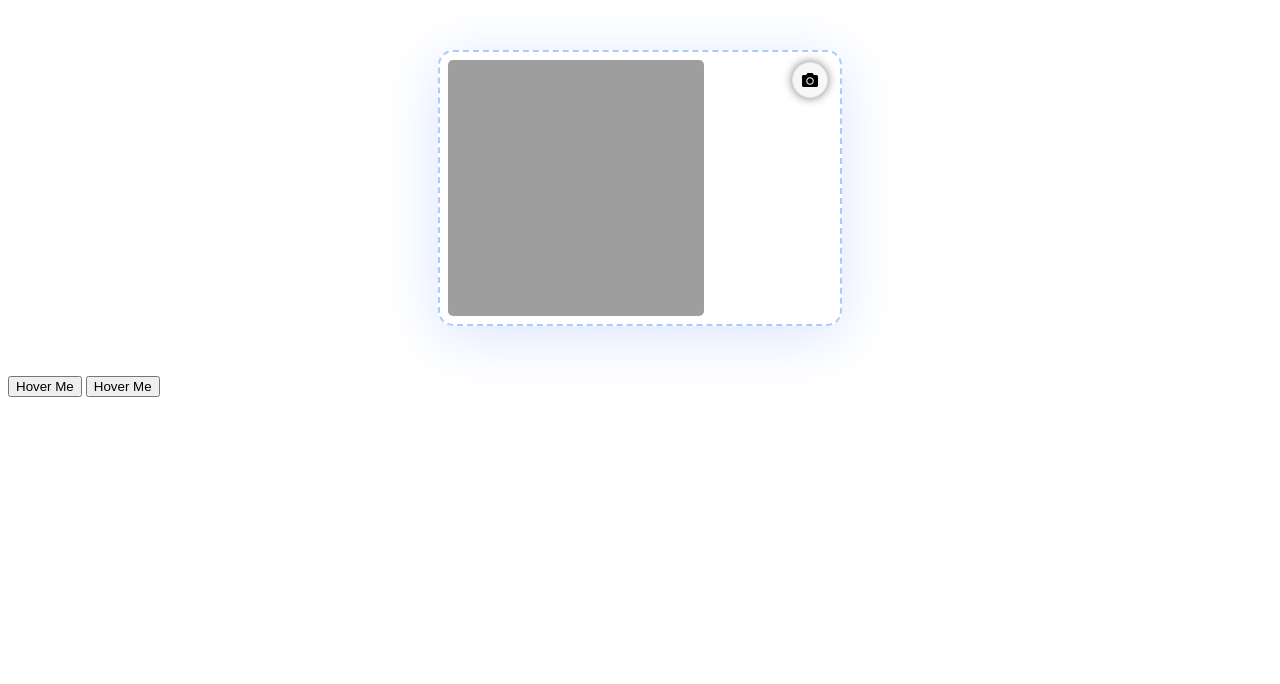
Repository: ThuongDuy/Phan_loai_anh
Page: hcsdlpt/index.html
The author's editor kept a copy of each file at every save. The page is drawn from the files as they stood at one save, then again after the next save.
The browser window is 1280 px wide. The pictures show the whole page.
Pictures or frames that could not be fetched are drawn as grey boxes.

Above is the page before, as saved 2023-06-02 00:27:09.

After the next save:
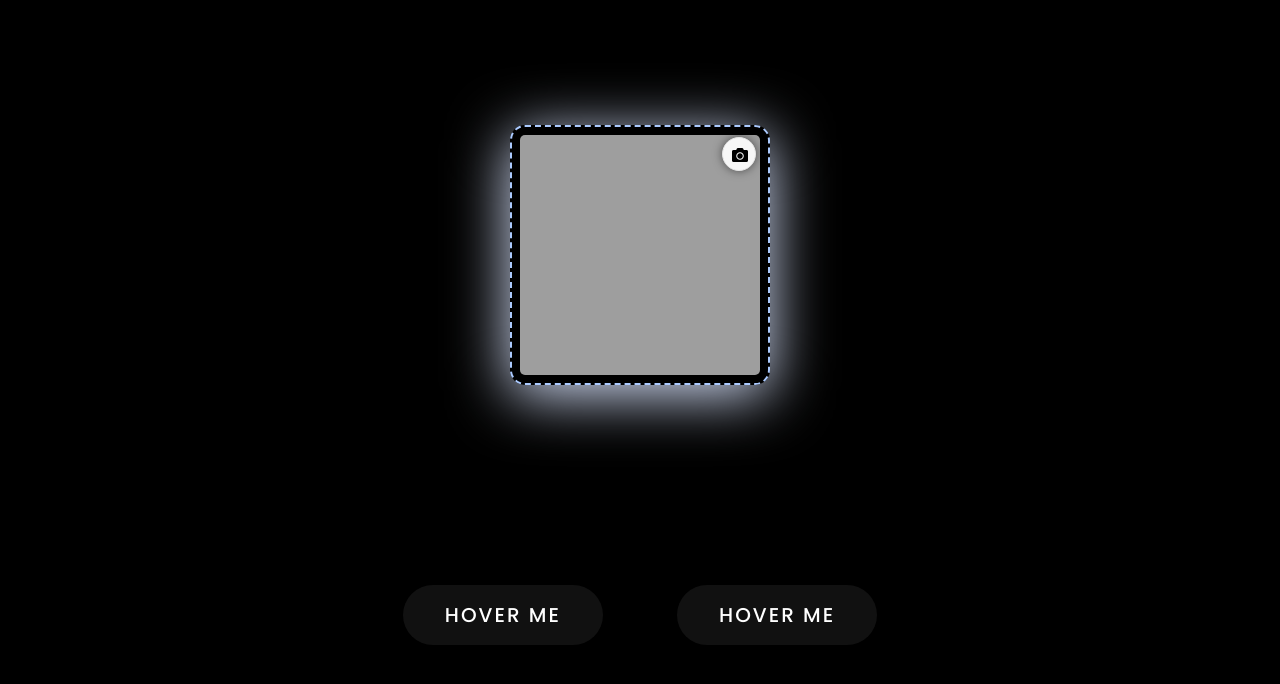
Saved 13 s later.
--- a/hcsdlpt/main.css
+++ b/hcsdlpt/main.css
@@ -61,3 +61,85 @@
     background-repeat: no-repeat;
     background-position: center;
 }
+
+@import url('https://fonts.googleapis.com/css?family=Poppins:400,500,600,700&display=swap');
+
+* {
+    margin: 0;
+    padding: 0;
+    box-sizing: border-box;
+    font-family: 'Poppins', sans-serif;
+}
+
+html,
+body {
+    display: grid;
+    height: 100%;
+    place-items: center;
+    background: #000;
+    overflow: hidden;
+}
+
+button {
+    position: relative;
+    height: 60px;
+    width: 200px;
+    margin: 0 35px;
+    border-radius: 50px;
+    border: none;
+    outline: none;
+    background: #111;
+    color: #fff;
+    font-size: 20px;
+    font-weight: 500;
+    letter-spacing: 2px;
+    text-transform: uppercase;
+    cursor: pointer;
+    transition: background 0.5s;
+}
+
+button:first-child:hover {
+    background: linear-gradient(90deg, #03a9f4, #f441a5, #ffeb3b, #03a9f4);
+    background-size: 400%;
+}
+
+button:last-child:hover {
+    background: linear-gradient(90deg, #fa7199, #f5ce62, #e43603, #fa7199);
+    background-size: 400%;
+}
+
+button:first-child:before,
+button:last-child:before {
+    content: '';
+    position: absolute;
+    background: inherit;
+    top: -5px;
+    right: -5px;
+    bottom: -5px;
+    left: -5px;
+    border-radius: 50px;
+    filter: blur(20px);
+    opacity: 0;
+    transition: opacity 0.5s;
+}
+
+button:first-child:hover:before,
+button:last-child:hover:before {
+    opacity: 1;
+    z-index: -1;
+}
+
+button:hover {
+    z-index: 1;
+    animation: glow 8s linear infinite;
+}
+
+@keyframes glow {
+    0% {
+        background-position: 0%;
+    }
+
+    100% {
+        background-position: 400%;
+    }
+}

After the save that followed:
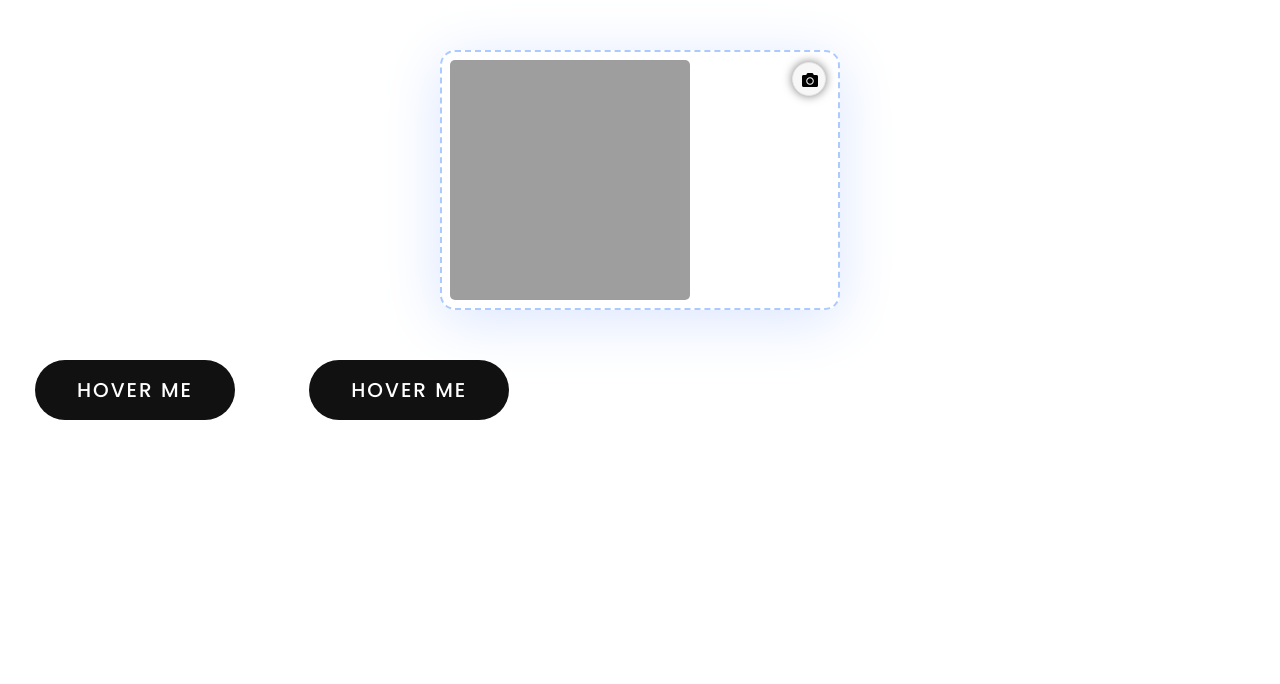
Saved 43 s later.
--- a/hcsdlpt/main.css
+++ b/hcsdlpt/main.css
@@ -71,15 +71,6 @@
     font-family: 'Poppins', sans-serif;
 }
 
-html,
-body {
-    display: grid;
-    height: 100%;
-    place-items: center;
-    background: #000;
-    overflow: hidden;
-}
-
 button {
     position: relative;
     height: 60px;
